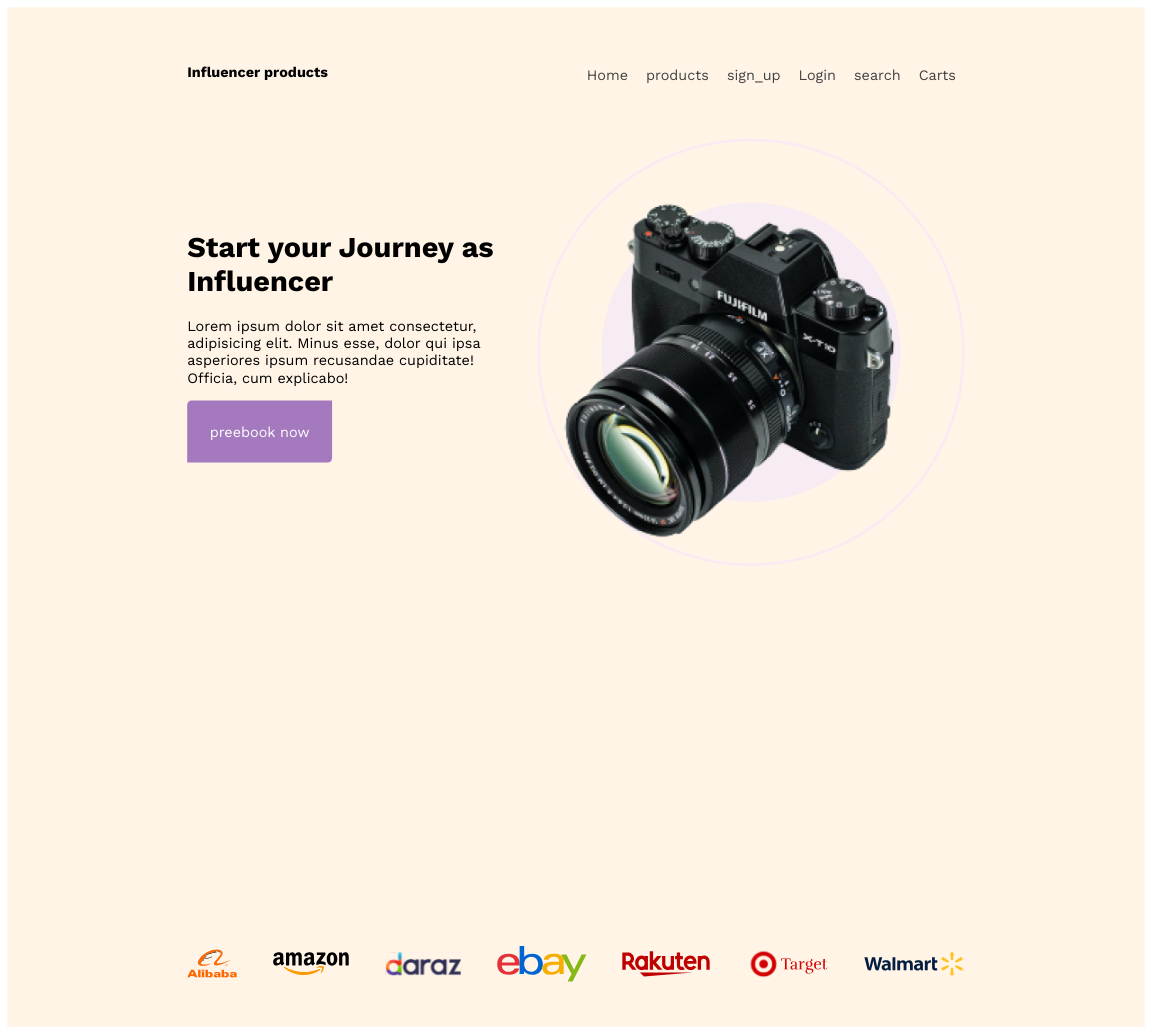
Repository: RudrasahaDibos/Camera-gear
Page: index.html
The author's editor kept a copy of each file at every save. The page is drawn from the files as they stood at one save, then again after a run of saves.
The browser window is 1280 px wide. The pictures show the whole page, at 90% of full size.

Above is the page before, as saved 2024-10-08 16:51:43.

After the next 3 saves:
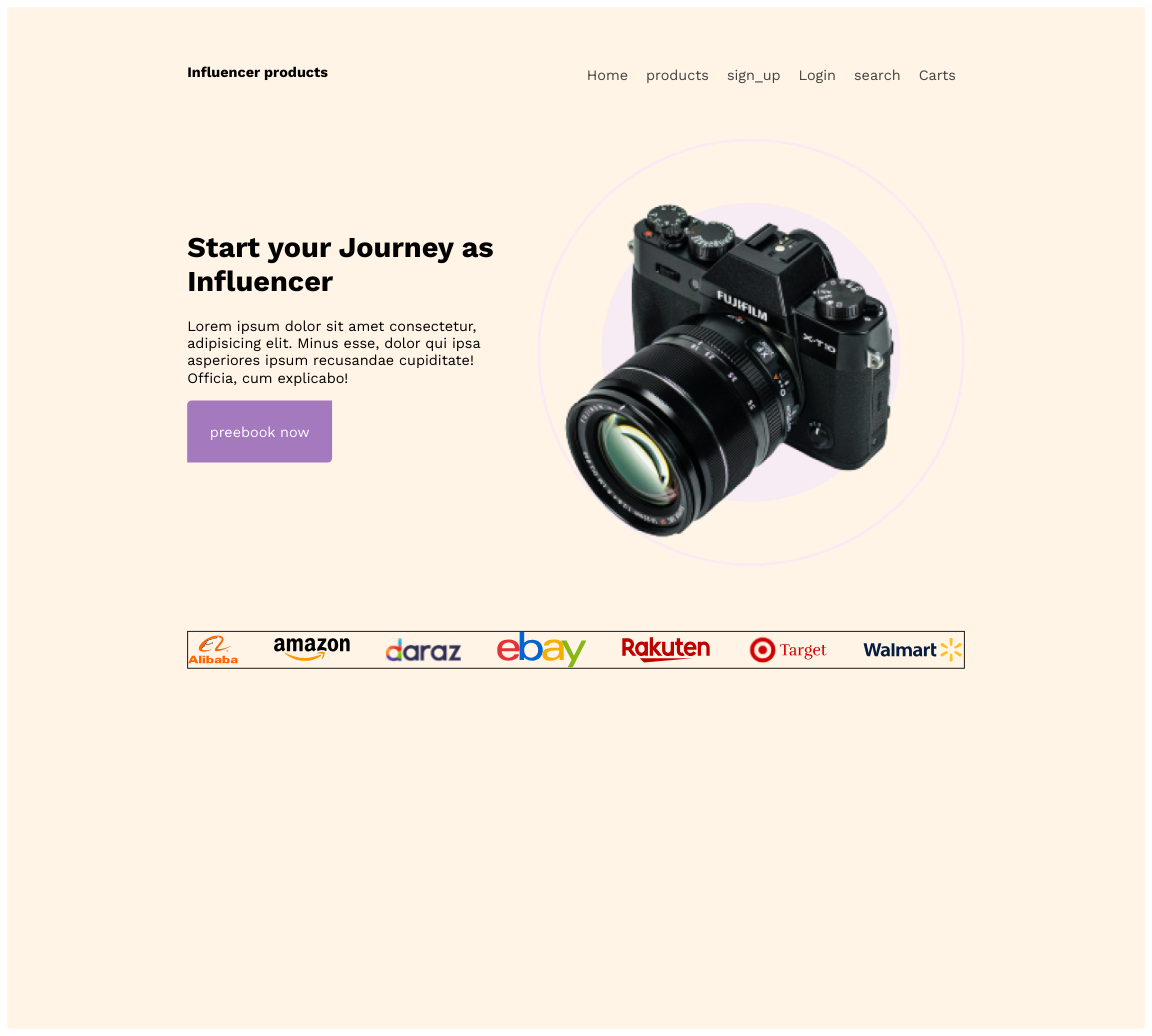
The 3 saves are shown as one change because they came seconds apart.
The last was saved 8 s later.
--- a/style.css
+++ b/style.css
@@ -68,7 +68,7 @@
 /* footer header log */
 .header-footer-logo{
 
-    b
+    border: 1px solid ;
     top: -350px;
     display: flex;
     justify-content: space-between;
